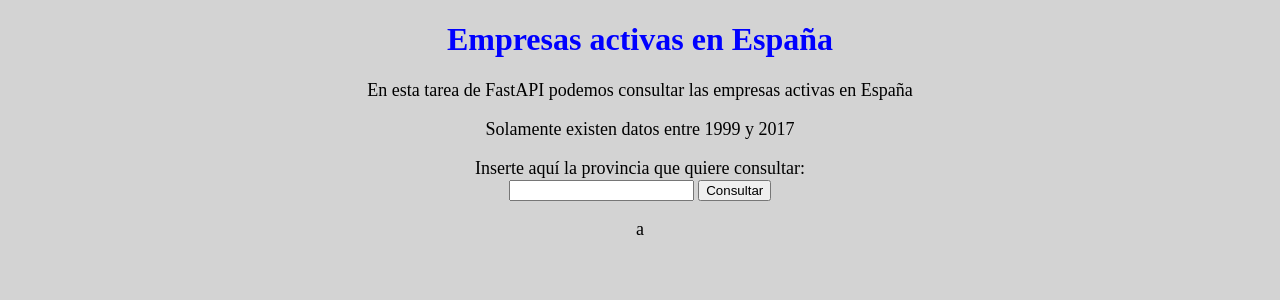
Repository: juanfrancisco164/fastAPI_1
Page: empresasActivas.html
An editor plug-in stored every save of this project. The page is shown before and after the next save, followed by the edit.
The browser window is 1280 px wide. The pictures show the whole page.

Above is the page before, as saved 2023-11-09 20:33:40.

### empresasActivas.html
<!DOCTYPE html>
<html lang="en">
<head>
    <meta charset="UTF-8">
    <meta name="viewport" content="width=device-width, initial-scale=1.0">
    <title>Empresas activas en España</title>
    <style>
        body {
            background-color: lightgray;
            text-align: center;
        }

        h1 {
            color: blue;
        }

        p {
            color: black;
            font-size: 18px;
        }

    </style>
</head>
<body>
    <h1>Empresas activas en España</h1>
    <p>En esta tarea de FastAPI podemos consultar las empresas activas en España</p>
    <p>Solamente existen datos entre 1999 y 2017</p>

    <p>
        Inserte aquí la provincia que quiere consultar:
        <br>
        <input name="Provincia" id="input_prov">
        <button name="buttonProv" onclick="sendProv()">Consultar</button>
    </p>
    <p>
        a
    </p>

</body>

<script>
    const API_host = "http://127.0.0.1:8000/provincias"

    async function sendProv () {
        const provinciaInput = document.getElementById("input_prov").value;

        const json = {
            provincia: provinciaInput
        };

        const response = await fetch(API_host, {
            method: "POST",
            headers: {
                "Content-Type": "application/json",
            },
            body: JSON.stringify(json)
        })

        const data = await response.json()
        console.log(data)
    }
</script>
</html>

After the next save:
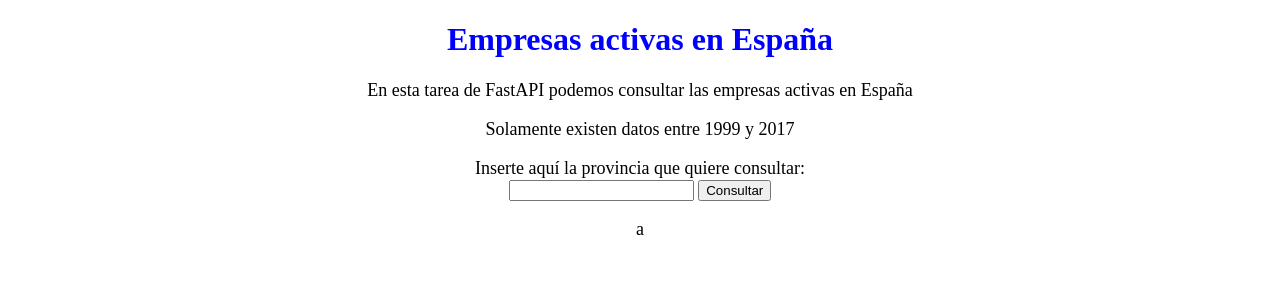
Not found: spain.jpg
Saved 3 min 8 s later.
--- a/empresasActivas.html
+++ b/empresasActivas.html
@@ -6,8 +6,11 @@
     <title>Empresas activas en España</title>
     <style>
         body {
-            background-color: lightgray;
+            background-image: url("spain.jpg");
+            background-size: cover;
+            background-position: center;
             text-align: center;
+            color: black;
         }
 
         h1 {
